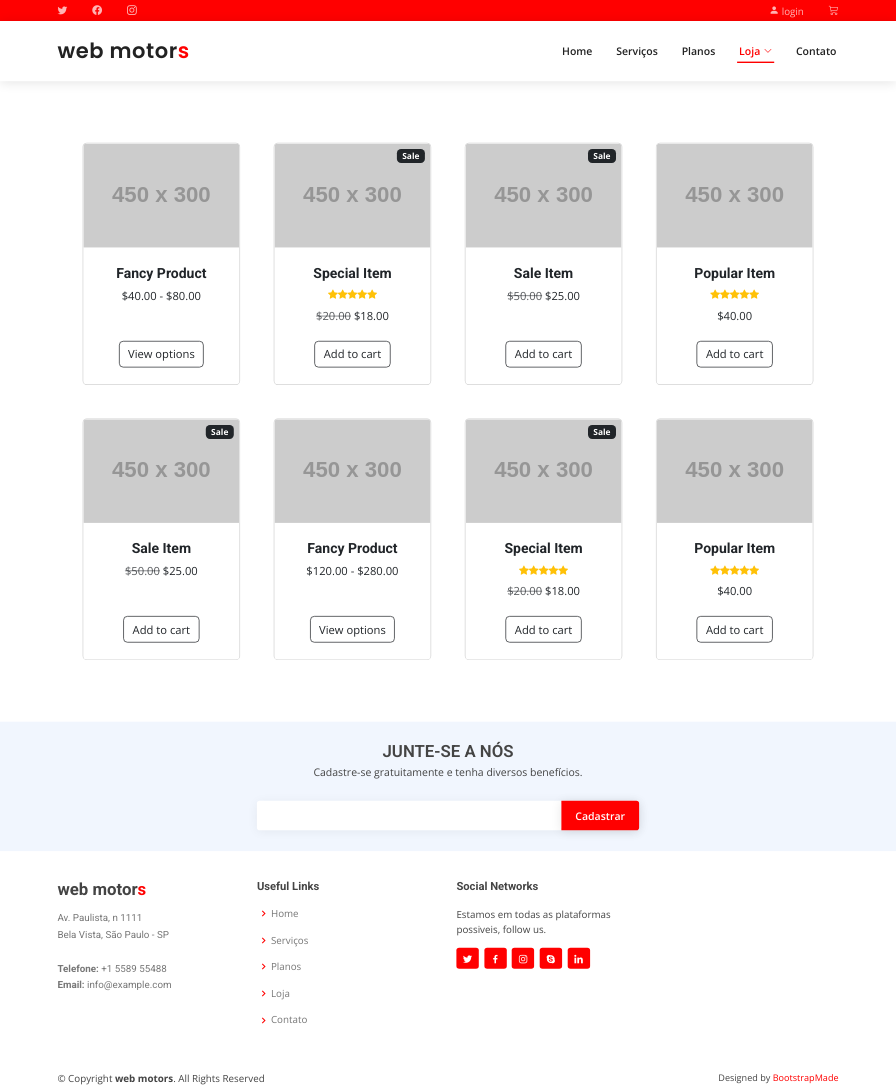
Repository: 01nethy/WebMotors
Page: produtos.html
An editor plug-in stored every save of this project. The page is shown before and after the next save, followed by the edit.
The browser window is 1280 px wide. The pictures show the part of the page from y = 0 to 1920 px (the page is 1554 px tall before and 3820 px after), at 70% of full size.

Above is the page before, as saved 2023-12-08 14:39:24.

### produtos.html
<!DOCTYPE html>
<html lang="pt-BR">

<head>
  <meta charset="utf-8">
  <meta content="width=device-width, initial-scale=1.0" name="viewport">

  <title>Produtos Automotivos - Web Motors</title>
  <meta content="" name="description">
  <meta content="" name="keywords">

  <!-- Favicons -->
  <link href="assets/img/favicon.png" rel="icon">
  <link href="assets/img/apple-touch-icon.png" rel="apple-touch-icon">

  <!-- Google Fonts -->
  <link
    href="https://fonts.googleapis.com/css?family=Open+Sans:300,300i,400,400i,600,600i,700,700i|Roboto:300,300i,400,400i,500,500i,600,600i,700,700i|Poppins:300,300i,400,400i,500,500i,600,600i,700,700i"
    rel="stylesheet">

  <!-- Vendor CSS Files -->
  <link href="assets/vendor/aos/aos.css" rel="stylesheet">
  <link href="assets/vendor/bootstrap/css/bootstrap.min.css" rel="stylesheet">
  <link href="assets/vendor/bootstrap-icons/bootstrap-icons.css" rel="stylesheet">
  <link href="assets/vendor/boxicons/css/boxicons.min.css" rel="stylesheet">
  <link href="assets/vendor/glightbox/css/glightbox.min.css" rel="stylesheet">
  <link href="assets/vendor/swiper/swiper-bundle.min.css" rel="stylesheet">

  <!-- Template Main CSS File -->
  <link href="assets/css/style.css" rel="stylesheet">

  <!-- =======================================================
  * Template Name: BizLand
  * Updated: Jul 27 2023 with Bootstrap v5.3.1
  * Template URL: https://bootstrapmade.com/bizland-bootstrap-business-template/
  * Author: BootstrapMade.com
  * License: https://bootstrapmade.com/license/
  ======================================================== -->
</head>

<body>
 <!-- ======= Top Bar ======= -->
 <section id="topbar" class="d-flex align-items-center">
  <div id="topajust" class="container d-flex">
    <div class="social-links col-6 ">
      <a href="#" class="twitter m-0"><i class="bi bi-twitter"></i></a>
      <a href="#" class="facebook"><i class="bi bi-facebook"></i></a>
      <a href="#" class="instagram"><i class="bi bi-instagram"></i></a>
      <!-- <a href="#" class="linkedin"><i class="bi bi-linkedin"></i></i></a> -->
    </div>
    <div class="social-links col-6 text-end">
      <a href="login.html"><i class="bi bi-person-fill"></i> login </a>
      <a href="cart.html"> <i class="bi bi-cart3"></i></a>
    </div>
  </div>
</section>

  <!-- ======= Header nav ======= -->
  <header id="header" class="d-flex">
    <div class="container d-flex align-items-center justify-content-between"">
      <h1 class=" logo"><a href="index.html">web motor<span>s</span></a></h1>
      <nav id="navbar" class="nav navbar justify-content-end">
        <ul>
          <li><a class="nav-link scrollto" href="index.html">Home</a></li>
          <!-- <li><a class="nav-link scrollto" href="#about">Mecanica</a></li>-->
          <li><a class="nav-link scrollto" href="index.html #services">Serviços</a></li>
          <!-- <li><a class="nav-link scrollto " href="#portfolio">Aditivo</a></li>-->
          <li><a class="nav-link scrollto" href="index.html #pricing">Planos</a></li>
          <li class="dropdown"><a class="active" href="produtos.html"><span>Loja</span> <i class="bi bi-chevron-down"></i></a>
            <ul>
              <li><a href="#">Aditivos</a></li>
              <!-- <li class="dropdown"><a href="#"><span>Deep Drop Down</span> <i class="bi bi-chevron-right"></i></a>
                <ul>
                  <li><a href="#">Deep Drop Down 1</a></li>
                  <li><a href="#">Deep Drop Down 2</a></li>
                  <li><a href="#">Deep Drop Down 3</a></li>
                  <li><a href="#">Deep Drop Down 4</a></li>
                  <li><a href="#">Deep Drop Down 5</a></li>
                </ul>
              </li> -->
              <li><a href="#">Borracha</a></li>
              <li><a href="#">Pneus</a></li>
            </ul>
          </li>
          <li><a class="nav-link scrollto" href="index.html #contact">Contato</a></li>
        </ul>
        <i class="bi bi-list mobile-nav-toggle"></i>
      </nav><!-- .navbar -->
    </div>
  </header>

  <main id="main" data-aos="fade-up">
    <section class="inner-page">
      <div class="container px-4 px-lg-5 mt-5">
        <div class="row gx-4 gx-lg-5 row-cols-2 row-cols-md-3 row-cols-xl-4 justify-content-center">
          <div class="col mb-5">
            <div class="card h-100">
              <!-- Product image-->
              <img class="card-img-top" src="https://dummyimage.com/450x300/dee2e6/6c757d.jpg" alt="..." />
              <!-- Product details-->
              <div class="card-body p-4">
                <div class="text-center">
                  <!-- Product name-->
                  <h5 class="fw-bolder">Fancy Product</h5>
                  <!-- Product price-->
                  $40.00 - $80.00
                </div>
              </div>
              <!-- Product actions-->
              <div class="card-footer p-4 pt-0 border-top-0 bg-transparent">
                <div class="text-center"><a class="btn btn-outline-dark mt-auto" href="#">View options</a></div>
              </div>
            </div>
          </div>
          <div class="col mb-5">
            <div class="card h-100">
              <!-- Sale badge-->
              <div class="badge bg-dark text-white position-absolute" style="top: 0.5rem; right: 0.5rem">Sale</div>
              <!-- Product image-->
              <img class="card-img-top" src="https://dummyimage.com/450x300/dee2e6/6c757d.jpg" alt="..." />
              <!-- Product details-->
              <div class="card-body p-4">
                <div class="text-center">
                  <!-- Product name-->
                  <h5 class="fw-bolder">Special Item</h5>
                  <!-- Product reviews-->
                  <div class="d-flex justify-content-center small text-warning mb-2">
                    <div class="bi-star-fill"></div>
                    <div class="bi-star-fill"></div>
                    <div class="bi-star-fill"></div>
                    <div class="bi-star-fill"></div>
                    <div class="bi-star-fill"></div>
                  </div>
                  <!-- Product price-->
                  <span class="text-muted text-decoration-line-through">$20.00</span>
                  $18.00
                </div>
              </div>
              <!-- Product actions-->
              <div class="card-footer p-4 pt-0 border-top-0 bg-transparent">
                <div class="text-center"><a class="btn btn-outline-dark mt-auto" href="#">Add to cart</a></div>
              </div>
            </div>
          </div>
          <div class="col mb-5">
            <div class="card h-100">
              <!-- Sale badge-->
              <div class="badge bg-dark text-white position-absolute" style="top: 0.5rem; right: 0.5rem">Sale</div>
              <!-- Product image-->
              <img class="card-img-top" src="https://dummyimage.com/450x300/dee2e6/6c757d.jpg" alt="..." />
              <!-- Product details-->
              <div class="card-body p-4">
                <div class="text-center">
                  <!-- Product name-->
                  <h5 class="fw-bolder">Sale Item</h5>
                  <!-- Product price-->
                  <span class="text-muted text-decoration-line-through">$50.00</span>
                  $25.00
                </div>
              </div>
              <!-- Product actions-->
              <div class="card-footer p-4 pt-0 border-top-0 bg-transparent">
                <div class="text-center"><a class="btn btn-outline-dark mt-auto" href="#">Add to cart</a></div>
              </div>
            </div>
          </div>
          <div class="col mb-5">
            <div class="card h-100">
              <!-- Product image-->
              <img class="card-img-top" src="https://dummyimage.com/450x300/dee2e6/6c757d.jpg" alt="..." />
              <!-- Product details-->
              <div class="card-body p-4">
                <div class="text-center">
                  <!-- Product name-->
                  <h5 class="fw-bolder">Popular Item</h5>
                  <!-- Product reviews-->
                  <div class="d-flex justify-content-center small text-warning mb-2">
                    <div class="bi-star-fill"></div>
                    <div class="bi-star-fill"></div>
                    <div class="bi-star-fill"></div>
                    <div class="bi-star-fill"></div>
                    <div class="bi-star-fill"></div>
                  </div>
                  <!-- Product price-->
                  $40.00
                </div>
              </div>
              <!-- Product actions-->
              <div class="card-footer p-4 pt-0 border-top-0 bg-transparent">
                <div class="text-center"><a class="btn btn-outline-dark mt-auto" href="#">Add to cart</a></div>
              </div>
            </div>
          </div>
          <div class="col mb-5">
            <div class="card h-100">
              <!-- Sale badge-->
              <div class="badge bg-dark text-white position-absolute" style="top: 0.5rem; right: 0.5rem">Sale</div>
              <!-- Product image-->
              <img class="card-img-top" src="https://dummyimage.com/450x300/dee2e6/6c757d.jpg" alt="..." />
              <!-- Product details-->
              <div class="card-body p-4">
                <div class="text-center">
                  <!-- Product name-->
                  <h5 class="fw-bolder">Sale Item</h5>
                  <!-- Product price-->
                  <span class="text-muted text-decoration-line-through">$50.00</span>
                  $25.00
                </div>
              </div>
              <!-- Product actions-->
              <div class="card-footer p-4 pt-0 border-top-0 bg-transparent">
                <div class="text-center"><a class="btn btn-outline-dark mt-auto" href="#">Add to cart</a></div>
              </div>
            </div>
          </div>
          <div class="col mb-5">
            <div class="card h-100">
              <!-- Product image-->
              <img class="card-img-top" src="https://dummyimage.com/450x300/dee2e6/6c757d.jpg" alt="..." />
              <!-- Product details-->
              <div class="card-body p-4">
                <div class="text-center">
                  <!-- Product name-->
                  <h5 class="fw-bolder">Fancy Product</h5>
                  <!-- Product price-->
                  $120.00 - $280.00
                </div>
              </div>
              <!-- Product actions-->
              <div class="card-footer p-4 pt-0 border-top-0 bg-transparent">
                <div class="text-center"><a class="btn btn-outline-dark mt-auto" href="#">View options</a></div>
              </div>
            </div>
          </div>
          <div class="col mb-5">
            <div class="card h-100">
              <!-- Sale badge-->
              <div class="badge bg-dark text-white position-absolute" style="top: 0.5rem; right: 0.5rem">Sale</div>
              <!-- Product image-->
              <img class="card-img-top" src="https://dummyimage.com/450x300/dee2e6/6c757d.jpg" alt="..." />
              <!-- Product details-->
              <div class="card-body p-4">
                <div class="text-center">
                  <!-- Product name-->
                  <h5 class="fw-bolder">Special Item</h5>
                  <!-- Product reviews-->
                  <div class="d-flex justify-content-center small text-warning mb-2">
                    <div class="bi-star-fill"></div>
                    <div class="bi-star-fill"></div>
                    <div class="bi-star-fill"></div>
                    <div class="bi-star-fill"></div>
                    <div class="bi-star-fill"></div>
                  </div>
                  <!-- Product price-->
                  <span class="text-muted text-decoration-line-through">$20.00</span>
                  $18.00
                </div>
              </div>
              <!-- Product actions-->
              <div class="card-footer p-4 pt-0 border-top-0 bg-transparent">
                <div class="text-center"><a class="btn btn-outline-dark mt-auto" href="#">Add to cart</a></div>
              </div>
            </div>
          </div>
          <div class="col mb-5">
            <div class="card h-100">
              <!-- Product image-->
              <img class="card-img-top" src="https://dummyimage.com/450x300/dee2e6/6c757d.jpg" alt="..." />
              <!-- Product details-->
              <div class="card-body p-4">
                <div class="text-center">
                  <!-- Product name-->
                  <h5 class="fw-bolder">Popular Item</h5>
                  <!-- Product reviews-->
                  <div class="d-flex justify-content-center small text-warning mb-2">
                    <div class="bi-star-fill"></div>
                    <div class="bi-star-fill"></div>
                    <div class="bi-star-fill"></div>
                    <div class="bi-star-fill"></div>
                    <div class="bi-star-fill"></div>
                  </div>
                  <!-- Product price-->
                  $40.00
                </div>
              </div>
              <!-- Product actions-->
              <div class="card-footer p-4 pt-0 border-top-0 bg-transparent">
                <div class="text-center"><a class="btn btn-outline-dark mt-auto" href="#">Add to cart</a></div>
              </div>
            </div>
          </div>
        </div>
      </div>
    </section>
  </main><!-- End #main -->

 <!-- ======= Footer ======= -->
 <footer id="footer">
  <div class="footer-newsletter">
    <div class="container">
      <div class="row justify-content-center">
        <div class="col-lg-6">
          <h4>JUNTE-SE A NÓS</h4>
          <p>Cadastre-se gratuitamente e tenha diversos benefícios.</p>
          <form action="" method="post">
            <input type="email" name="email"><input type="submit" value="Cadastrar">
          </form>
        </div>
      </div>
    </div>
  </div>
  <div class="footer-top">
    <div class="container">
      <div class="row">
        <div class="col-lg-3 col-md-6 footer-contact">
          <h3>web motor<span>s</span></h3>
          <p>
            Av. Paulista, n 1111 <br>
            Bela Vista, São Paulo - SP<br>
            <br>
            <strong>Telefone:</strong> +1 5589 55488<br>
            <strong>Email:</strong> info@example.com<br>
          </p>
        </div>
        <div class="col-lg-3 col-md-6 footer-links">
          <h4>Useful Links</h4>
          <ul>
            <li><i class="bx bx-chevron-right"></i> <a href="#">Home</a></li>
            <li><i class="bx bx-chevron-right"></i> <a href="#">Serviços</a></li>
            <li><i class="bx bx-chevron-right"></i> <a href="#">Planos</a></li>
            <li><i class="bx bx-chevron-right"></i> <a href="#">Loja</a></li>
            <li><i class="bx bx-chevron-right"></i> <a href="#">Contato</a></li>
          </ul>
        </div>
        <div class="col-lg-3 col-md-6 footer-links">
          <h4>Social Networks</h4>
          <p>Estamos em todas as plataformas possiveis,
            follow us.</p>
          <div class="social-links mt-3">
            <a href="#" class="twitter"><i class="bx bxl-twitter"></i></a>
            <a href="#" class="facebook"><i class="bx bxl-facebook"></i></a>
            <a href="#" class="instagram"><i class="bx bxl-instagram"></i></a>
            <a href="#" class="google-plus"><i class="bx bxl-skype"></i></a>
            <a href="#" class="linkedin"><i class="bx bxl-linkedin"></i></a>
          </div>
        </div>
      </div>
    </div>
  </div>
  <div class="container py-4">
    <div class="copyright">
      &copy; Copyright <strong><span>web motors</span></strong>. All Rights Reserved
    </div>
    <div class="credits">
      <!-- All the links in the footer should remain intact. -->
      <!-- You can delete the links only if you purchased the pro version. -->
      <!-- Licensing information: https://bootstrapmade.com/license/ -->
      <!-- Purchase the pro version with working PHP/AJAX contact form: https://bootstrapmade.com/web motors-bootstrap-business-template/ -->
      Designed by <a href="https://bootstrapmade.com/">BootstrapMade</a>
    </div>
  </div>
</footer>

  <div id="preloader"></div>
  <a href="#" class="back-to-top d-flex align-items-center justify-content-center"><i
      class="bi bi-arrow-up-short"></i></a>

  <!-- Vendor JS Files -->
  <script src="assets/vendor/purecounter/purecounter_vanilla.js"></script>
  <script src="assets/vendor/aos/aos.js"></script>
  <script src="assets/vendor/bootstrap/js/bootstrap.bundle.min.js"></script>
  <script src="assets/vendor/glightbox/js/glightbox.min.js"></script>
  <script src="assets/vendor/isotope-layout/isotope.pkgd.min.js"></script>
  <script src="assets/vendor/swiper/swiper-bundle.min.js"></script>
  <script src="assets/vendor/waypoints/noframework.waypoints.js"></script>
  <script src="assets/vendor/php-email-form/validate.js"></script>

  <!-- Template Main JS File -->
  <script src="assets/js/main.js"></script>
</body>
</html>

Loaded but not shown: assets/vendor/aos/aos.css (library); assets/vendor/bootstrap/css/bootstrap.min.css (library); assets/vendor/bootstrap-icons/bootstrap-icons.css (library); assets/vendor/boxicons/css/boxicons.min.css (library); assets/vendor/glightbox/css/glightbox.min.css (library); assets/vendor/swiper/swiper-bundle.min.css (library); assets/vendor/purecounter/purecounter_vanilla.js (library); assets/vendor/aos/aos.js (library); assets/vendor/bootstrap/js/bootstrap.bundle.min.js (library); assets/vendor/glightbox/js/glightbox.min.js (library); assets/vendor/isotope-layout/isotope.pkgd.min.js (library); assets/vendor/swiper/swiper-bundle.min.js (library); assets/vendor/waypoints/noframework.waypoints.js (library); assets/vendor/php-email-form/validate.js (common file); assets/js/main.js (289 lines, source omitted); assets/css/style.css (2218 lines, source omitted)

After the next save:
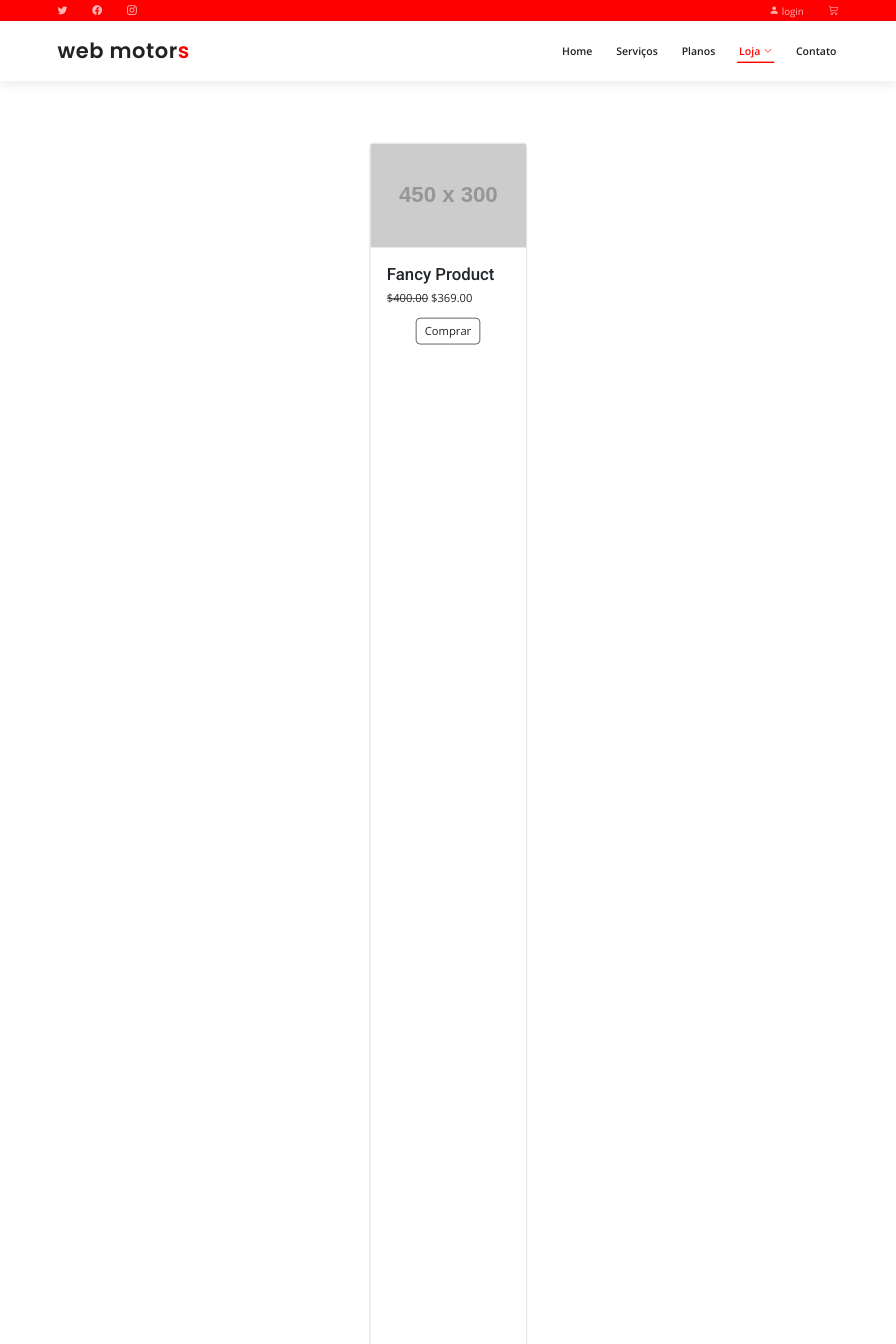
Saved 6 min 29 s later.
--- a/produtos.html
+++ b/produtos.html
@@ -99,17 +99,17 @@
               <img class="card-img-top" src="https://dummyimage.com/450x300/dee2e6/6c757d.jpg" alt="..." />
               <!-- Product details-->
               <div class="card-body p-4">
-                <div class="text-center">
-                  <!-- Product name-->
-                  <h5 class="fw-bolder">Fancy Product</h5>
-                  <!-- Product price-->
-                  $40.00 - $80.00
-                </div>
-              </div>
-              <!-- Product actions-->
-              <div class="card-footer p-4 pt-0 border-top-0 bg-transparent">
-                <div class="text-center"><a class="btn btn-outline-dark mt-auto" href="#">View options</a></div>
-              </div>
+                <div class="thumb-content">
+                  <!-- Product name-->
+                  <h4 class="">Fancy Product</h4>
+                  <p class="item-price">
+                    <strike>$400.00</strike> <span>$369.00</span>
+                  </p>
+                </div>
+                <div class="card-footer p-4 pt-0 border-top-0 bg-transparent">
+                  <div class="text-center"><a class="btn btn-outline-dark mt-auto" href="#">Comprar</a>
+                  </div>
+                </div>
             </div>
           </div>
           <div class="col mb-5">

After the save that followed:
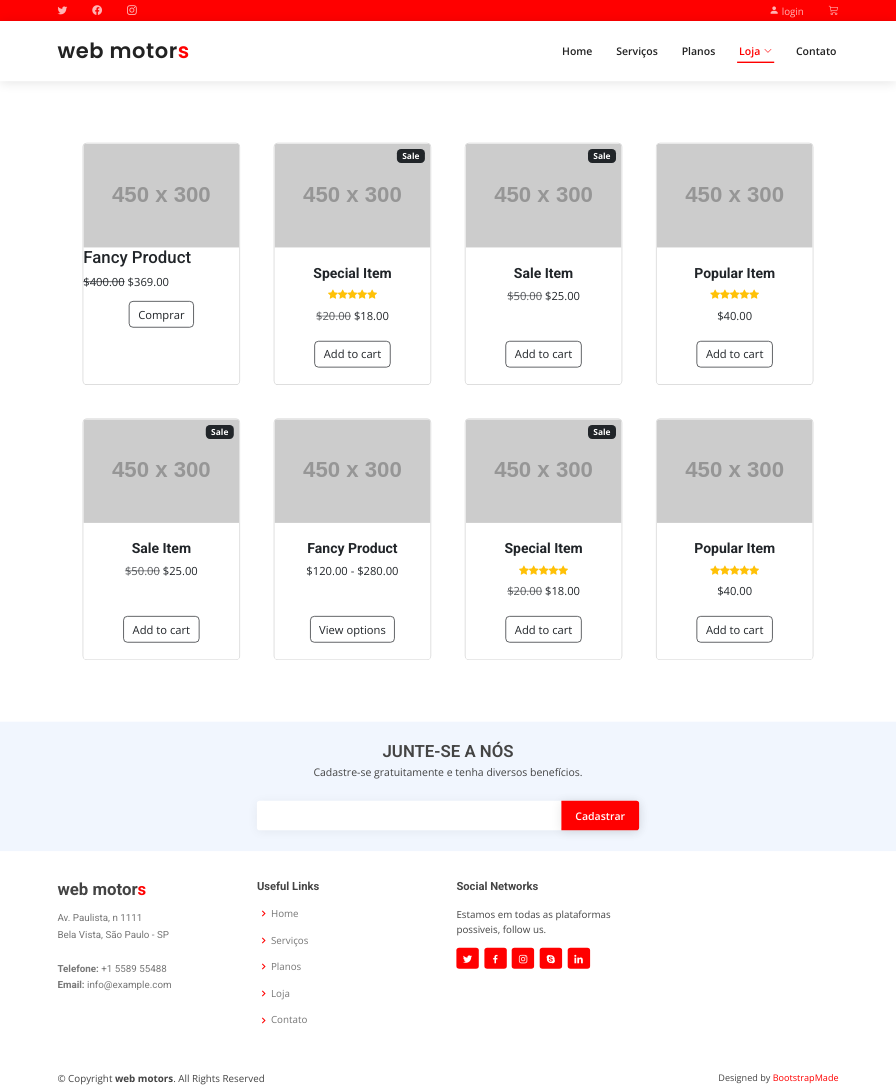
Saved 31 s later.
--- a/produtos.html
+++ b/produtos.html
@@ -98,7 +98,6 @@
               <!-- Product image-->
               <img class="card-img-top" src="https://dummyimage.com/450x300/dee2e6/6c757d.jpg" alt="..." />
               <!-- Product details-->
-              <div class="card-body p-4">
                 <div class="thumb-content">
                   <!-- Product name-->
                   <h4 class="">Fancy Product</h4>
